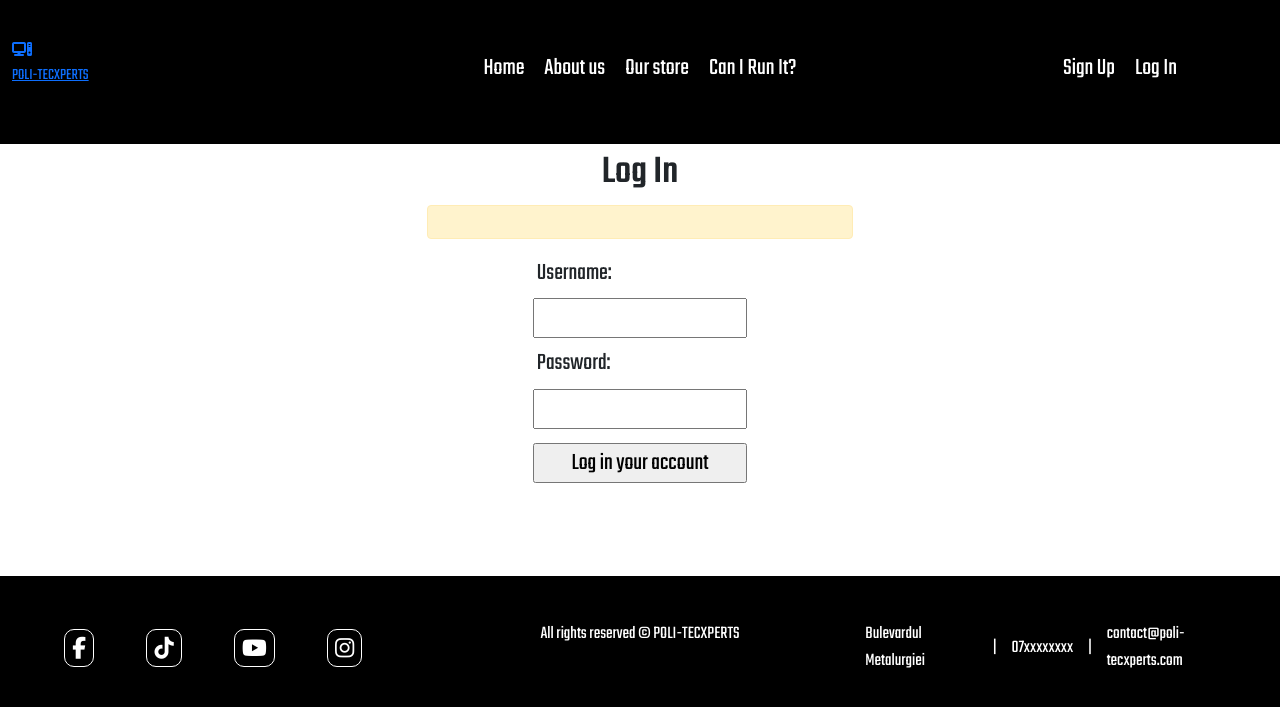
Repository: cristibtz/POLI_TECXPERTS
Page: login/login.html
These files come from the project's save history. The page is drawn as it stood at one moment and after the next save; the edit follows.
The browser window is 1280 px wide. The pictures show the whole page.

Above is the page before, as saved 2024-04-27 18:02:44.

### login/login.html
<!DOCTYPE html>
<html lang="en">
<head>
    <meta charset="UTF-8">
    <meta name="viewport" content="width=device-width, initial-scale=1.0">
    <link rel="stylesheet" href="../css/bootstrap.css">
    <link rel="stylesheet" href="../css/default.css">
    <link rel="stylesheet" href="../css/fontawesome-free-6.5.2-web/css/all.min.css">
    <link rel="stylesheet" href="../css/fontawesome-free-6.5.2-web/css/fontawesome.min.css">
    <link rel="stylesheet" href="../css/forms.css">
    <script src="../js/jquery.js"></script>
    <title>POLI-TECXPERTS</title>

</head>
<body>
    <div class="header">
        <div class="container-fluid">
            <div class="row">
                <div class="col-md-3">
                    <div class="logo">
                        <a href="index.html" id="logo">
                            <i class="fa-solid fa-computer"></i>
                            <p>POLI-TECXPERTS</p>
                        </a>
                    </div>
                </div>
                <div class="col-md-6">
                    <div class="navigation">
                        <ul class="menu">
                            <li><a href="../index.html">Home</a></li>
                            <li><a href="../about.html">About us</a></li>
                            <li><a href="../store.php">Our store</a></li>
                            <li><a href="../canIRunIt.html">Can I Run It?</a></li>
                        </ul>
                    </div>
                </div>
                <div class="col-md-3">
                    <div class="navigation">
                        <ul class="menu">
                            <li><a href="signup.html">Sign Up</a></li>
                            <li><a href="#">Log In</a></li>
                        </ul>
                    </div>
                </div>
            </div>
        </div>
    </div>
    <div class="content">
        <div class="container-fluid">

            <div class="row">
                <h1>Log In</h1>
            </div>

            <div class="row">
                <div class="col-md-4"></div>
                <div class="col-md-4">

                    <div class="row alert alert-warning hidden" id="message-div">
                    </div>

                    <div class="row hidden" id="serv-resp">
                    </div>

                    <form method="post" id="login-form" class="form">
                        <div class="row">
                            <label for="username">Username: </label>
                            <input type="text" name="username" id="username">
                        </div>
                        <div class="row">
                            <label for="password">Password: </label>
                            <input type="password" name="password" id="password">
                        </div>
                        <div class="row">
                            <input type="submit" name="submit" id="submit" value="Log in your account">
                        </div>
                    </form>
                </div>
                <div class="col-md-4"></div>
            </div>
        </div>
    </div>
    <div class="footer">
        <div class="container-fluid">
            <div class="row">
                <div class="col-md-4 icons">
                    <a href=""><i class="fa-brands fa-facebook-f"></i></a>
                    <a href=""><i class="fa-brands fa-tiktok"></i></a>
                    <a href=""><i class="fa-brands fa-youtube"></i></a>
                    <a href=""><i class="fa-brands fa-instagram"></i></a>
                </div>
                <div class="col-md-4">
                    <div class="copyright">
                        All rights reserved © POLI-TECXPERTS
                    </div>
                </div>
                <div class="col-md-4 contact-info">
                    <p>Bulevardul Metalurgiei</p>
                    <p>|</p>
                    <p>07xxxxxxxx</p>
                    <p>|</p>
                    <p>contact@poli-tecxperts.com</p>
                </div>
            </div>
        </div>
    </div>
</body>

<script>

    $(document).ready(function(){
        $("#submit").click(function(e){
            e.preventDefault();
            var $form = $(this).closest(".form");
            var username = $form.find("#username").val();
            var password = $form.find("#password").val();

            let counter = 0;

            let serv_resp = document.getElementById("serv-resp");

            let message = document.getElementById("message-div");
            message.classList.add("hidden");
            message.classList.remove("visible");


            if(username === ""){
                message.innerHTML = "<p>Please enter a username</p>";
                message.classList.add("visible");
                message.classList.remove("hidden");
                counter++;
            } else if(password === ""){
                message.innerHTML = "<p>Please enter a password</p>";
                message.classList.add("visible");
                message.classList.remove("hidden");
                counter++;
            }

            if(counter === 0){
            message.classList.remove("visible");
            message.classList.add("hidden");
            $.ajax({
                url: "login.php",
                type: "POST",
                data: {
                    username: username,
                    password: password,
                    submit: true
                },
                success: function(data) {
                    if(data === 'http://localhost/POLI_TECXPERTS/user/dashboard.php'){
                        window.location.replace(data);
                    } else {
                    serv_resp.classList.add("visible");
                    serv_resp.classList.remove("hidden");
                    $('#serv-resp').html(data);
                    $form.trigger("reset");
                    window.location.href
                    }
                },
            });
        }
        });
    });

</script>

<script>
    if(window.history.replaceState) {
        window.history.replaceState(null, null, window.location.href);
    }
</script>

</html>

### css/default.css
@import url('https://fonts.googleapis.com/css2?family=Inter:wght@100..900&family=Teko:wght@300..700&display=swap');

*{
    margin: 0;
    padding: 0;
    box-sizing: border-box;
}

body {
    position: relative;
    min-height: 100vh;
    font-family: Teko, Inter;
}

.header {
    background-color: black;
    height: 20vh;
    display:flex;
    align-items: center;
    justify-content: center;
}

.navigation ul {
    list-style: none;
    display:flex;
    align-items: center;
    justify-content: center;
    margin: 0;
    padding-left: 0;
}

.navigation ul li{
    display: inline-block;
    padding: 10px;

}

.navigation ul li a{
    text-decoration: none;
    color: white;
    font-size: 24px;
}

.navigation ul li a:hover{
    text-decoration: none;
    color: black;
    background-color: rgb(255, 255, 255);
    padding: 3px;
    font-size: 26px;
    text-transform: uppercase;
}
.content {
    padding-bottom: 20vh;
}

.content h1, h2 {
    text-align: center;

}
.content h1 {
    margin-top: 5px;
}

.footer {
    height: 20vh;
    width: 100%;
    background-color: black;
    display: flex;
    align-items: center;
    justify-content: center;
    position: absolute;
    bottom: 0;
}

.copyright {
    color: white;
    text-align: center;
    font-size: 18px;
    margin: 0;
}

.contact-info {
    color: white;
    display: flex;
    align-items: center;
    justify-content: center;
    font-size: 18px;
}
.contact-info p {
    display: inline-block;
    padding-right: 15px;
    margin: 0;
}
.icons {
    display: flex;
    align-items: center;
    justify-content: space-evenly;
}
.icons i {
    color: white;
    padding: 7px;
    font-size: 22px;
    border: 1px solid white;
    border-radius: 10px;
}

### css/forms.css
form .row input {
    margin: 1vh auto;
    width: 50%;
    text-align: center;
    font-size: 24px;
    padding: 0;
}

label {
    padding: 0;
    margin: 0;
    font-size: 24px;
    margin-left: 23%;
}

Loaded but not shown: css/bootstrap.css (library); css/fontawesome-free-6.5.2-web/css/all.min.css (library); css/fontawesome-free-6.5.2-web/css/fontawesome.min.css (library); js/jquery.js (library)

After the next save:
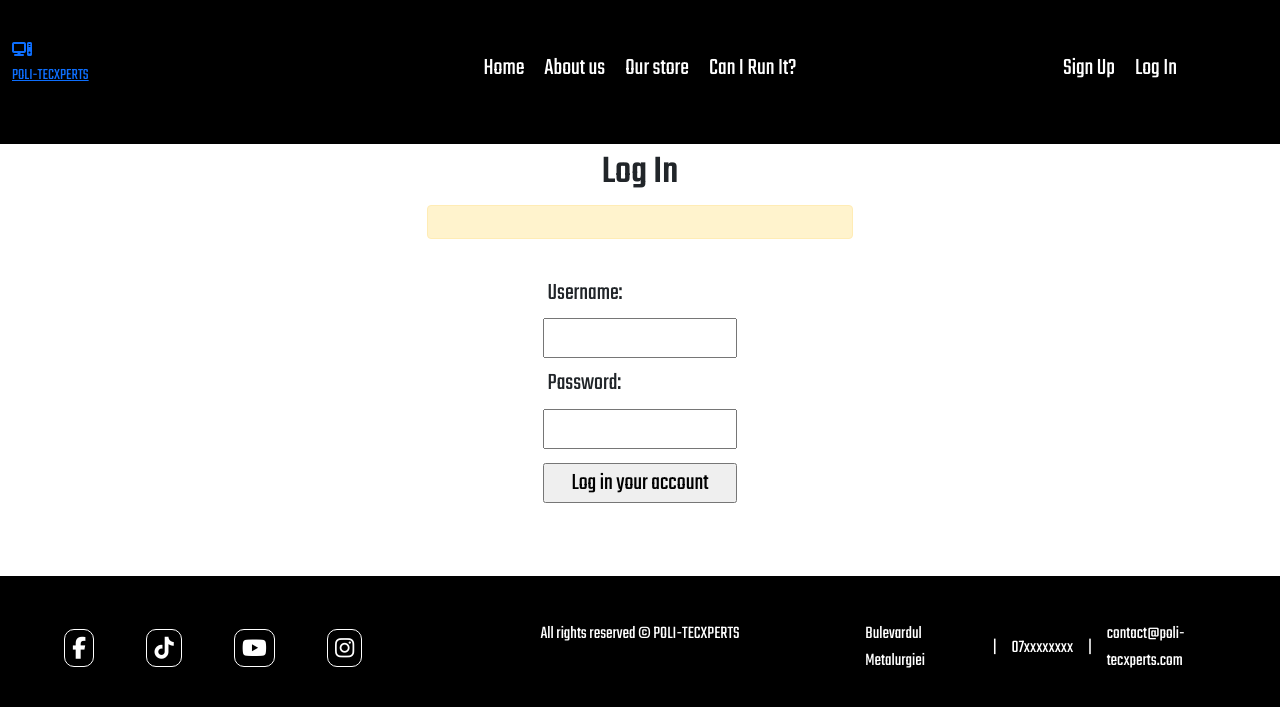
Saved 110 s later.
--- a/css/forms.css
+++ b/css/forms.css
@@ -6,6 +6,10 @@ form .row input {
     padding: 0;
 }
 
+form {
+    margin: 20px;
+}
+
 label {
     padding: 0;
     margin: 0;
